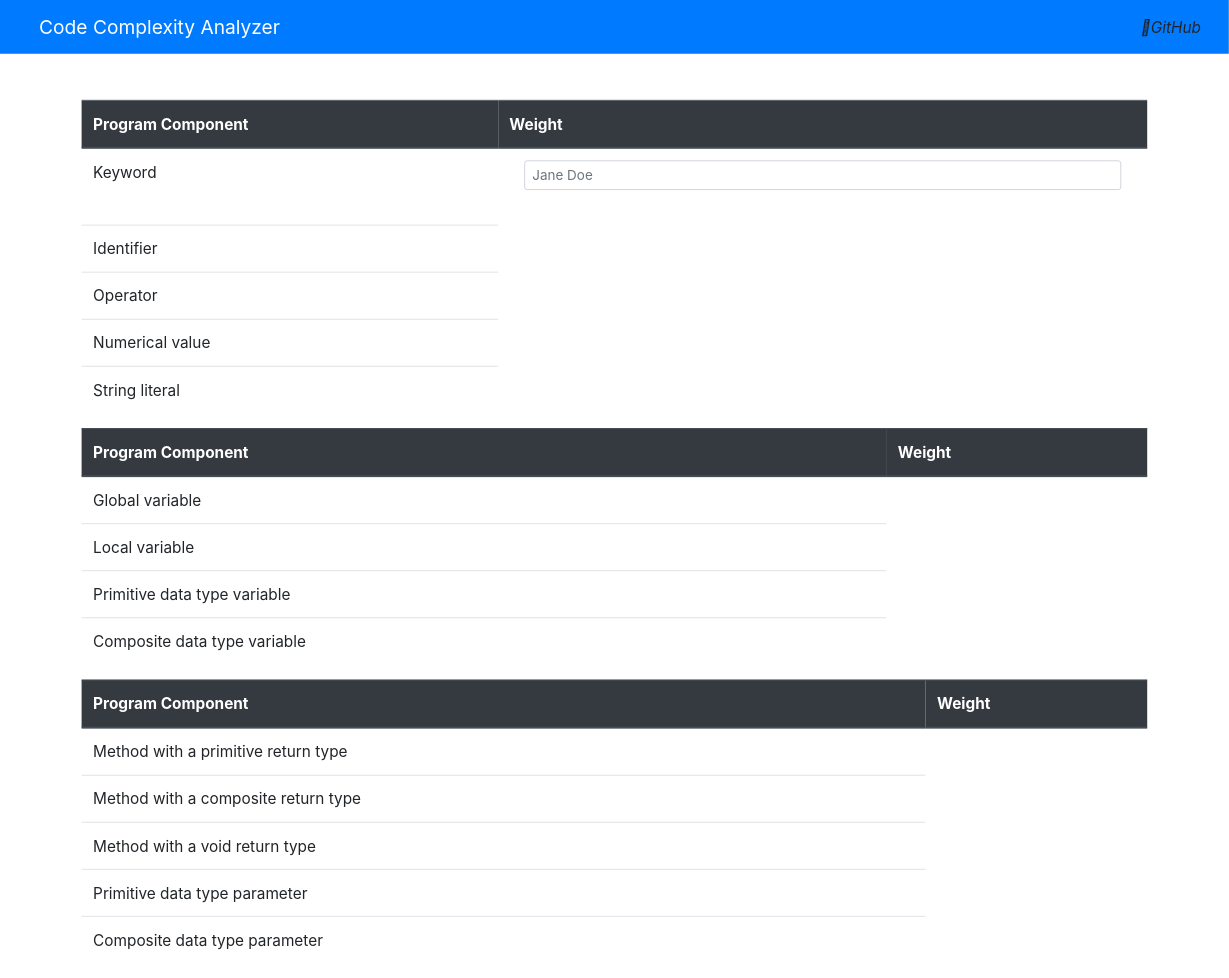
Repository: DinuwanB/Code-Complexity-Analyzer
Page: http://localhost/ITPM/Weight.jsp
These files come from the project's save history. The page is drawn as it stood at one moment and after the next save; the edit follows.
The browser window is 1280 px wide. The pictures show the whole page, at 96% of full size.
The page is served by Tomcat 9. Other server files are loaded and not shown.

Above is the page before, as saved 2020-05-22 04:57:07.

### ITPM/src/main/webapp/Weight.jsp
<%@ page language="java" contentType="text/html; charset=ISO-8859-1"
    pageEncoding="ISO-8859-1"%>
<!DOCTYPE html>
<html>
<head>
<meta charset="ISO-8859-1">
<title>Weight</title>
<link rel="stylesheet" href="https://maxcdn.bootstrapcdn.com/bootstrap/4.0.0/css/bootstrap.min.css" integrity="sha384-Gn5384xqQ1aoWXA+058RXPxPg6fy4IWvTNh0E263XmFcJlSAwiGgFAW/dAiS6JXm" crossorigin="anonymous">
<link rel="stylesheet"
	href="https://stackpath.bootstrapcdn.com/bootstrap/4.4.1/css/bootstrap.min.css"
	integrity="sha384-Vkoo8x4CGsO3+Hhxv8T/Q5PaXtkKtu6ug5TOeNV6gBiFeWPGFN9MuhOf23Q9Ifjh"
	crossorigin="anonymous">
<link
	href="https://stackpath.bootstrapcdn.com/font-awesome/4.7.0/css/font-awesome.min.css"
	rel="stylesheet"
	integrity="sha384-wvfXpqpZZVQGK6TAh5PVlGOfQNHSoD2xbE+QkPxCAFlNEevoEH3Sl0sibVcOQVnN"
	crossorigin="anonymous">
</head>
<body>
<nav class="navbar navbar-dark bg-primary">
		<div class="container">
			<a class="navbar-brand" href="#">Code Complexity Analyzer</a>


		</div>
		<button class="btn btn" type="submit" id="inputGroupFileAddon04">
			<i class="fab fa-github-square">GitHub</i>
		</button>

	</nav>
	<br>
	<br>
	<form action="upload" method="POST" enctype="multipart/form-data">
			<div class="container">
	<table class="table">
  <thead class="thead-dark">
    <tr>
      <th scope="col">Program Component</th>
      <th scope="col">Weight</th>
    </tr>
  </thead>
  <tbody>
    <tr>
      <td>Keyword</td>
      <td>  <div class="col-auto md-4">
      <label class="sr-only" for="inlineFormInput">Name</label>
      <input type="text" class="form-control mb-4 form-control-sm" id="inlineFormInput" placeholder="Jane Doe">
    </div>
    </td>
    </tr>
    <tr>
     <td>Identifier</td>
    </tr>
  	<tr>
  	 <td>Operator</td>
  	</tr>
  	<tr>
  	<td>Numerical value</td>
    </tr>
    <tr>
    <td>String literal</td>
    </tr>
  </tbody>
</table>
<table class="table">
  <thead class="thead-dark">
    <tr>
      <th scope="col">Program Component</th>
      <th scope="col">Weight</th>
    </tr>
  </thead>
  <tbody>
    <tr>
      <td>Global variable</td>

    </tr>
    <tr>
     <td>Local variable</td>
    </tr>
  	<tr>
  	 <td>Primitive data type variable</td>
  	</tr>
  	<tr>
  	<td>Composite data type variable</td>
    </tr>
  </tbody>
</table>
<table class="table">
  <thead class="thead-dark">
    <tr>
      <th scope="col">Program Component</th>
      <th scope="col">Weight</th>
    </tr>
  </thead>
  <tbody>
    <tr>
      <td>Method with a primitive return type</td>
    </tr>
    <tr>
     <td>Method with a composite return type</td>
    </tr>
  	<tr>
  	 <td>Method with a void return type</td>
  	</tr>
  	<tr>
  	<td>Primitive data type parameter</td>
    </tr>
    <tr>
    <td>Composite data type parameter</td>
    </tr>
  </tbody>
</table>
</div>
		</form>
</body>
</html>

After the next save:
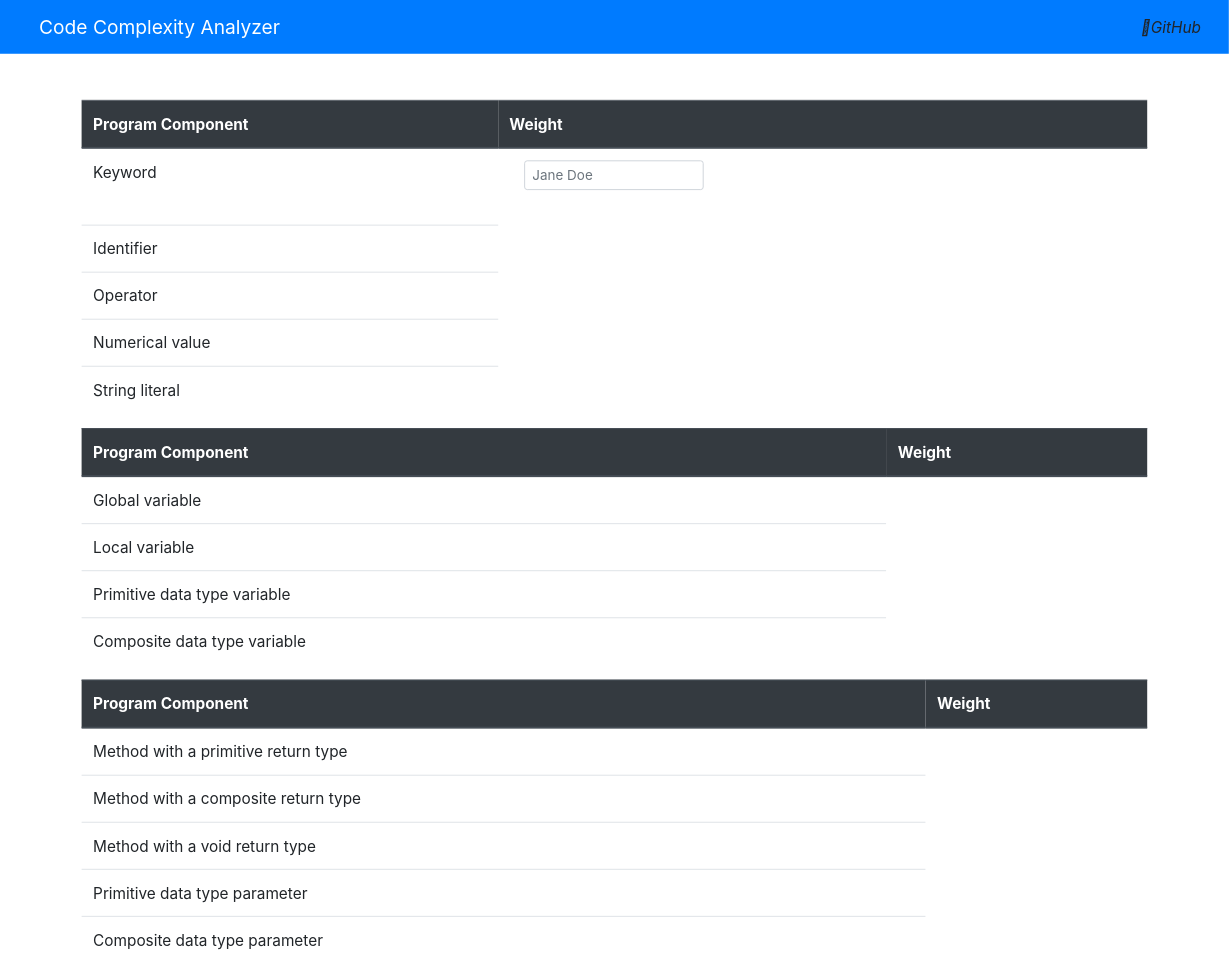
Saved 4 min 18 s later.
--- a/ITPM/src/main/webapp/Weight.jsp
+++ b/ITPM/src/main/webapp/Weight.jsp
@@ -42,7 +42,7 @@
   <tbody>
     <tr>
       <td>Keyword</td>
-      <td>  <div class="col-auto md-4">
+      <td>  <div class="col-auto col-md-4">
       <label class="sr-only" for="inlineFormInput">Name</label>
       <input type="text" class="form-control mb-4 form-control-sm" id="inlineFormInput" placeholder="Jane Doe">
     </div>
